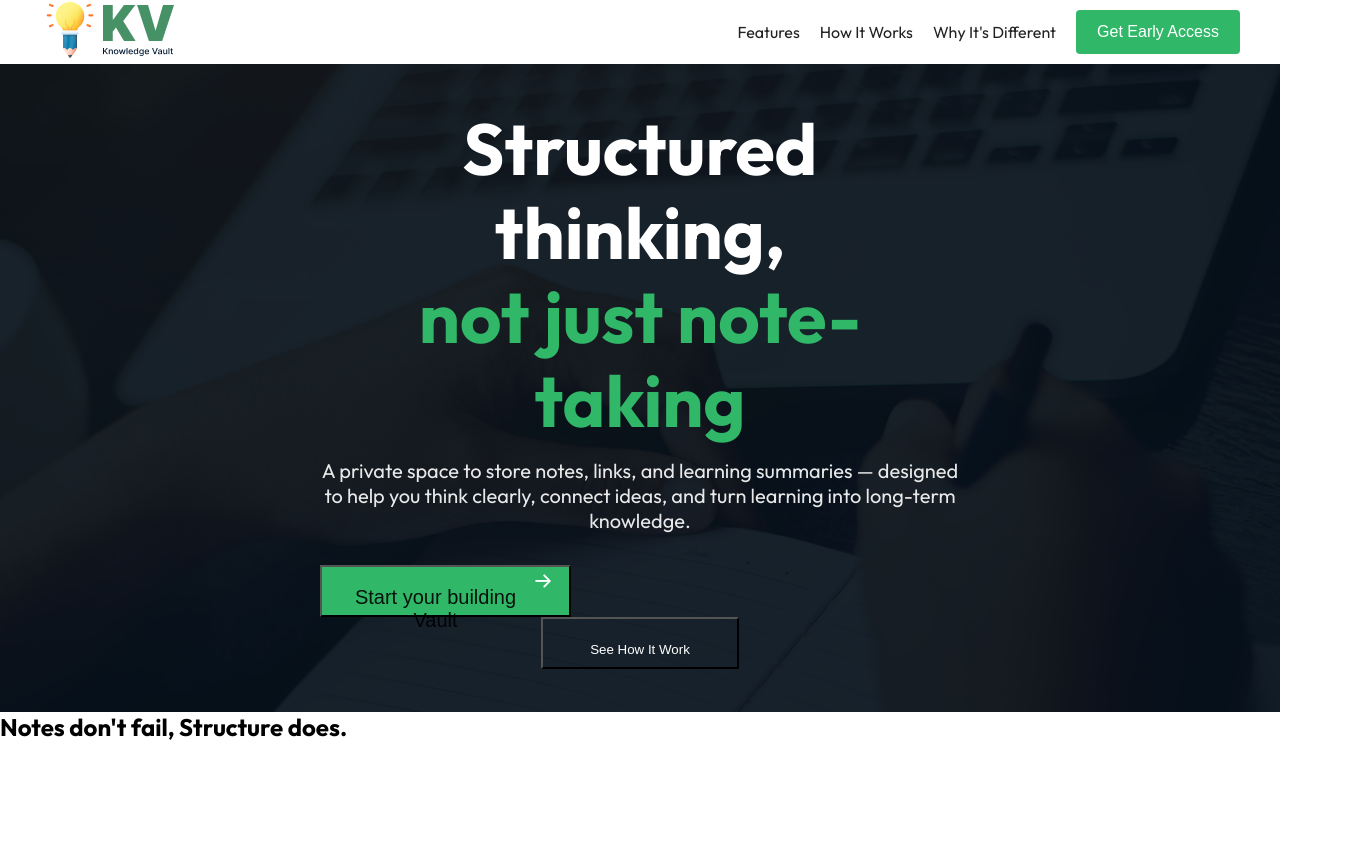
Repository: tanimtanzilislam/Assignment1-PH
Page: index.html
The author's editor kept a copy of each file at every save. The page is drawn from the files as they stood at one save, then again after the next save.
The browser window is 1280 px wide. The page is 1360 px wide, so the pictures cover 1360 px, including what lies to the right of the window. The pictures show the whole page.

Above is the page before, as saved 2026-01-19 15:11:14.

After the next save:
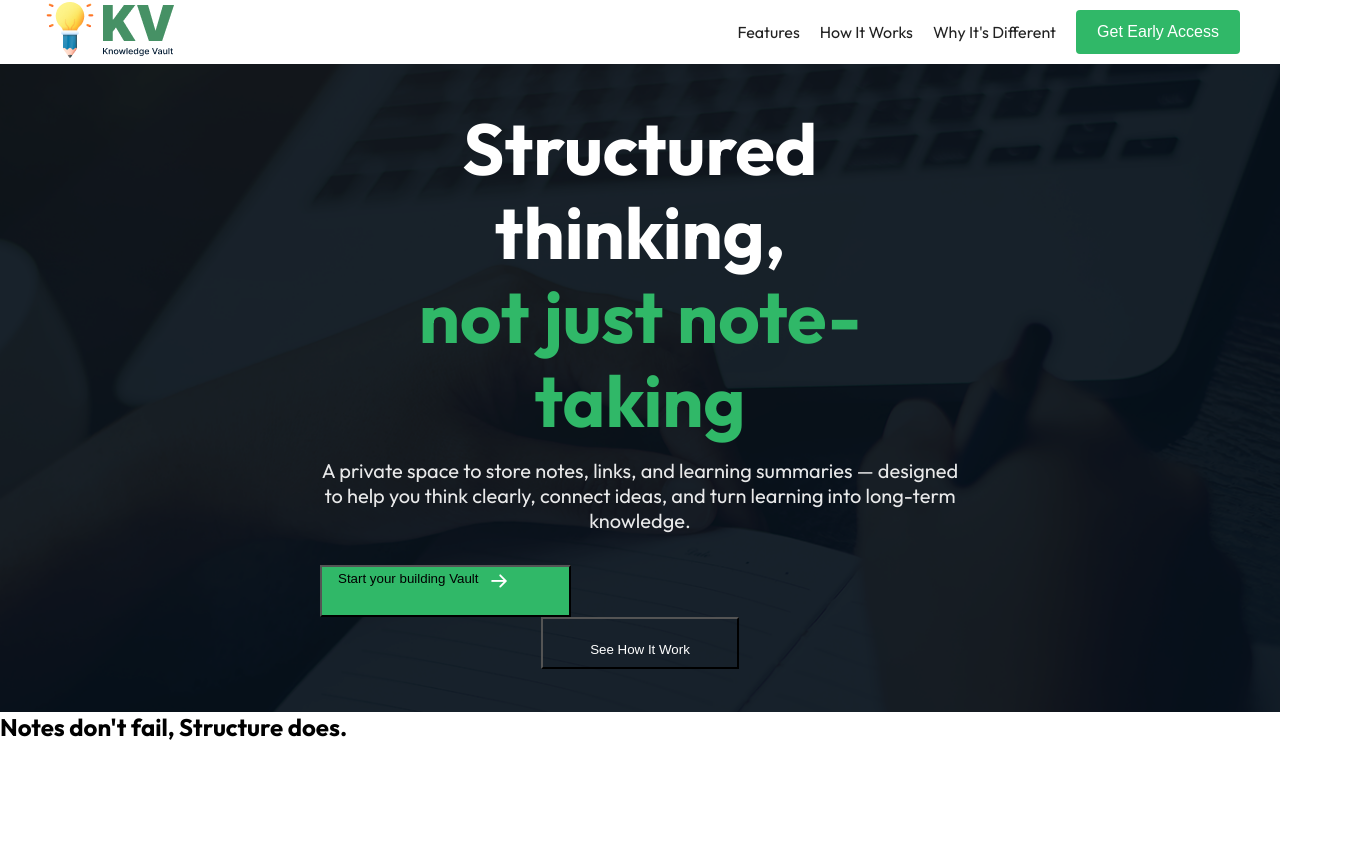
Saved 2 h 46 min later.
--- a/index.html
+++ b/index.html
@@ -43,7 +43,11 @@
             <p>A private space to store notes, links, and learning summaries — designed to
 help you think clearly, connect ideas, and turn learning into long-term knowledge.</p>
 
-<button class="banner-btn"> <p class="btn-text"> <p class="txtbtn">Start your building Vault  </p> <img src="./assets/ArrowRight.png" alt="" class="arrow"> </button>
+<button class="banner-btn">
+    <span class="txtbtn">Start your building Vault</span>
+    <img src="./assets/ArrowRight.png" alt="" class="arrow">
+</button>
+
 
 <button class="transparent-button"> See How It Work</button>
 </div>
